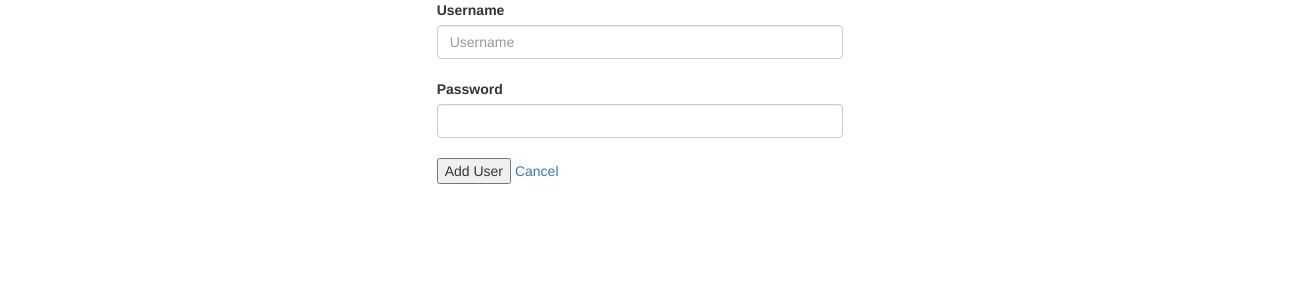
Repository: thefad3/python-mvc-firebase
Page: templates/adduser.html
The author's editor kept a record of every edit. The page is drawn from the files as they stood at one moment, then again after the next edit.
The browser window is 1280 px wide. The page is 1295 px wide, so the pictures cover 1295 px, including what lies to the right of the window. The pictures show the whole page.

Above is the page before.
Console error (its wording comes from the project's code and is left out).

### templates/adduser.html
<link href="//maxcdn.bootstrapcdn.com/bootstrap/3.3.2/css/bootstrap.min.css" rel="stylesheet">
<script src="//maxcdn.bootstrapcdn.com/bootstrap/3.3.2/js/bootstrap.min.js"></script>
<div class="row">
        <div class="col-md-4"></div>
        <div class="col-md-4">
<form enctype="multipart/form-data" action="/signupAction" method="post">
        <label>Username</label>
        <input type="text" name="username" class="form-control" placeholder="Username" required>
        <br>
        <label>Password</label>
        <input type="password" class="form-control" name="password" required>
        <br>
        <input type="submit" value="Add User">
        <a href="/">Cancel</a>
</form>
</div>
<div class="col-md-4"></div>
</div>

After the next edit:
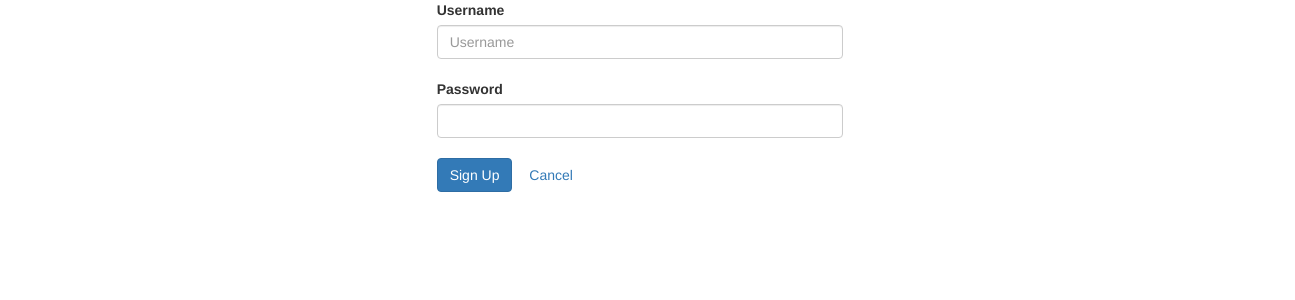
The edit:
--- a/templates/adduser.html
+++ b/templates/adduser.html
@@ -10,8 +10,8 @@
         <label>Password</label>
         <input type="password" class="form-control" name="password" required>
         <br>
-        <input type="submit" value="Add User">
-        <a href="/">Cancel</a>
+        <input type="submit" class="btn btn-primary" value="Sign Up">
+        <a href="/" class="btn btn-link active">Cancel</a>
 </form>
 </div>
 <div class="col-md-4"></div>
